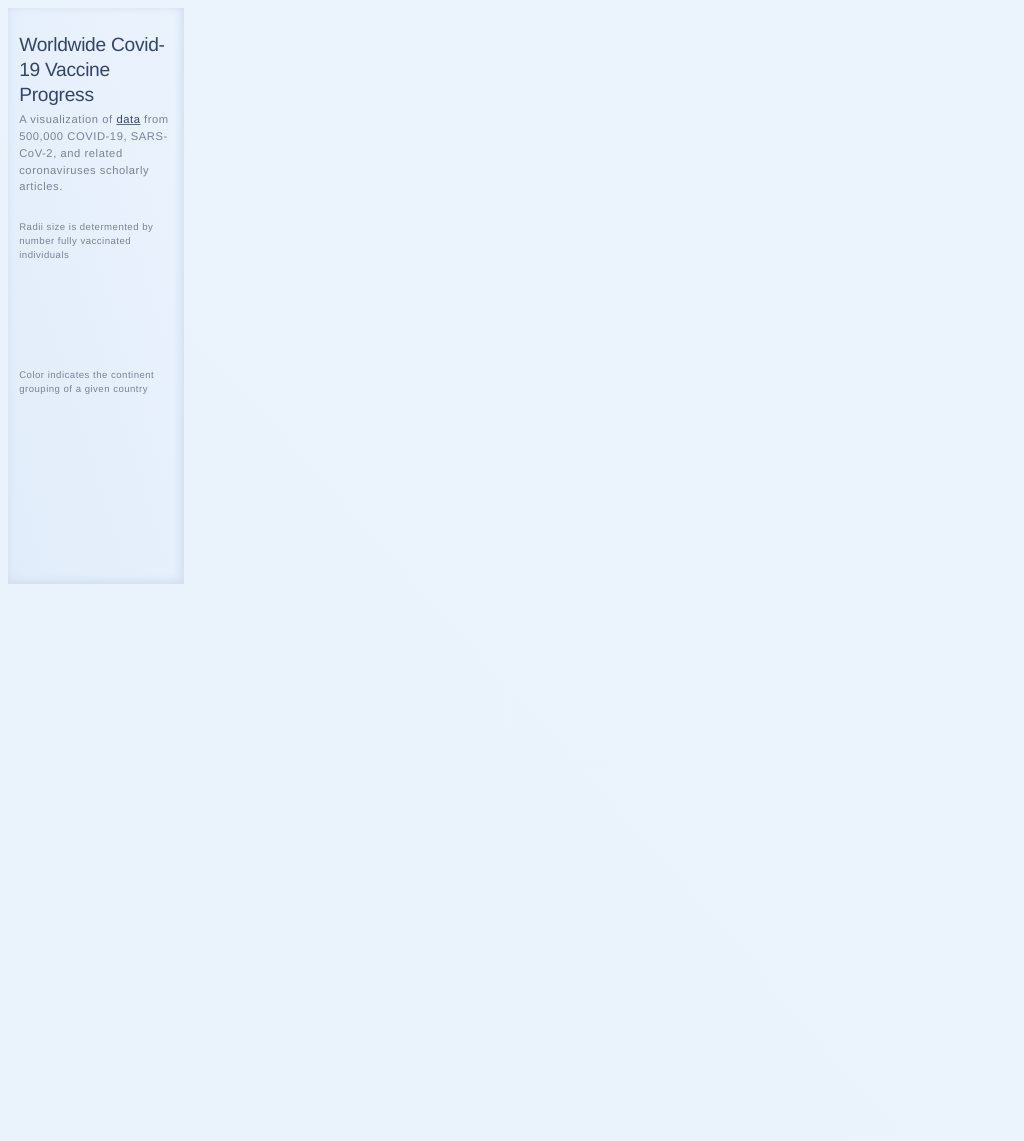
Repository: laurenharpole/May-Vaccine-Progress-Vis
Page: index.html
The author's editor kept a copy of each file at every save. The page is drawn from the files as they stood at one save, then again after the next save.
The browser window is 1280 px wide. The pictures show the whole page, at 80% of full size.
The page's requests for data from a server got no answer.

Above is the page before, as saved 2021-10-07 21:38:12.

### index.html
<!DOCTYPE html>
<html lang="en" dir="ltr">

  <head>

    <meta charset="utf-8">
    <script src="http://d3js.org/d3.v6.min.js" charset="utf-8"></script>
    <title>Project 1 Vaccine Visualization</title>
    <style>
      /* NOTE: CSS Styling Goes here */
       svg{


        margin-left: 100px;
      }

      /* body background coloration */
      body {
        background-image: linear-gradient(to left bottom, #ebf3fd, #eaf2fc);
        margin: 0;
        margin: 10px;
      }
      /* side navigation background coloration */
      .col-dash {
        background-image: linear-gradient(to left bottom, #ebf3fd, #e1ecfa);
        /* backgruond-color: #ebf3fe; */
        box-shadow: inset -2px -2px 10px 1px  #cedcee;
        flex-direction: column;
        height: 100vh;
        width: 220px;
        position: fixed;
        margin-left: 0px;
        margin-top: 0px;
        overflow: scroll;
      }
      .circle {
        filter:
        drop-shadow( 1px 1px 2px rgb(0,0,0,0.3));
        border: 31px solid transparent;
      }
      /* side dash header text */
      h1.dash-head{
        font-size: 24px;
        margin-left: 14px;
        margin-right: 8px;
        color: rgb(49,69,106,1.0);
        transform: none;
        white-space: normal;
        text-transform: none;
        text-align: left;
        white-space: normal;
        font-family: "Product Sans",Helvetica,Arial,sans-serif;
        letter-spacing: -.015em;
        line-height: 1.3;
        font-weight: 500;
        margin-top: 30px;
        margin-bottom: 20px;
      }
      /* side dash description text */
      p.dash-desc-p-head{
        font-size: 14px;
        margin-left: 14px;
        margin-right: 8px;
        font-family: "Product Sans",Helvetica,Arial,sans-serif;
        font-weight: 300;
        line-height: 1.5;
        letter-spacing: 0.05em;
        color: #778398;
        margin-top: -15px;

      }
      /* side dash description text */
      p.dash-desc-p{
        font-size: 12px;
        margin-left: 14px;
        margin-right: 8px;
        font-family: "Product Sans",Helvetica,Arial,sans-serif;
        font-weight: 300;
        line-height: 1.5;
        letter-spacing: 0.05em;
        color: #778398;
        margin-top: 30px;
      }
      /* first legend */
      #legend {
        margin-left: -82px;
        margin-top: -10px;
        margin-bottom: -20px;
      }
      /* second legend */
      #legend2 {
        margin-left: -82px;
        margin-top: -6px;
      }
      text {
        text-transform: none;
        text-align: right;
        font-family: "Product Sans",Helvetica,Arial,sans-serif;
        letter-spacing: 0.2em;
        text-transform: uppercase;
        font-size: 10px;
        font-weight: 600;
        width: 180px;
      }

      .tool-dots {
        white-space: normal;
        text-transform: none;
        text-align: left;
        white-space: normal;
        font-family: "Product Sans",Helvetica,Arial,sans-serif;
        letter-spacing: 0.2em;
        text-transform: uppercase;
        font-size: 60px;
        line-height: 1.25;
        font-weight: 600;
        background-color: #ebf3fd;
        padding-right: -5px;
        box-shadow: 5px 5px 16px rgb(0,0,0,0.13),
        -3px -3px 16px rgb(0,0,0,0.13);
        border-radius: 5px;
        padding-left:5px;
      }

      .tool-country {
        white-space: normal;
        text-transform: none;
        text-align: left;
        white-space: normal;
        font-family: "Product Sans",Helvetica,Arial,sans-serif;
        letter-spacing: 0.2em;
        text-transform: uppercase;
        font-size: 10px;
        color: #778398;
        line-height: 1;
        padding-left:27px;
        font-weight: 600;
      }

      .tool-info {
        font-size: 12px;
        margin-left: 14px;
        margin-right: 8px;
        font-family: "Product Sans",Helvetica,Arial,sans-serif;
        font-weight: 300;
        line-height: 1.5;
        letter-spacing: 0.05em;
        color: #778398;
        margin-top: 30px;
        display: block;
        background: none;
        box-shadow: inset 3px 3px 3px hsl(210, 8%, 85%),
        inset -3px -3px 3px rgb(255,255,255,0.6);
        border-radius: 5px;
        opacity: 0.9;
      }

     a.link{
      color: rgb(49,69,106,1.0);
      font-weight: 500;;
     }


    </style>
    <script src="https://d3js.org/d3.v6.min.js"></script>
  </head>

  <body>
  <div class="col-dash">

    <h1 class="dash-head"> Worldwide Covid-19 Vaccine Progress</h1>
    <!-- <h1 class="dash-desc"> Description</h1>
    <p class="dash-desc-p"> Color per continent stuff Color per continent stuff Color per continent stuff</p> -->
    <p class="dash-desc-p-head">  A visualization of <a class="link" href="https://github.com/owid">data</a> from
    500,000 COVID-19, SARS-CoV-2, and related coronaviruses scholarly articles.</p>
    <p class="dash-desc-p"> Radii size is determented by number fully vaccinated individuals</p>
    <div id="legend"></div>
    <p class="dash-desc-p"> Color indicates the continent grouping of a given country</p>
    <div id="legend2"></div>
  </div>
<div id="body">
<text id="label" ></text>
</div>
    <!-- NOTE: Setup HTML -->
    <div class="tooltip">
            <img alt="" />
            <div>
                <a></a>
                <span></span>
            </div>
        </div>
    <script>
// ################ Setup ################
//make responsive
const height = 500;
const width = 500;
d3.select("#label").raise();
canvas = d3.select("#body").append("svg").attr("id", "bubbleid").attr("viewBox", `-50 20 ${width} ${height}`).append('g').attr('transform', 'translate(' + width / 2 + ',' + height / 2 + ')');
//sizeLeg = d3.select("#sizeleg").append("svg");
//.attr("viewBox", `-30 50 ${width} ${height}`).append('g').attr('transform', 'translate(' + width / 2 + ',' + height / 2 + ')');
sizeLeg = d3.select("#legend").append("svg").attr("width", 300).attr("height", 115).attr("id", "legendid");
colLeg = d3.select("#legend2").append("svg").attr("width", 300).attr("height", 250).attr("id", "legendid");
tool = d3.select("#label").append("svg").attr("width", 300).attr("height", 220).attr("id", "legendid");
// ############ Begin Promise ############
//Start of code
//https://raw.githubusercontent.com/owid/covid-19-data/master/public/data/vaccinations/vaccinations.csv
d3.csv("https://raw.githubusercontent.com/owid/covid-19-data/master/public/data/owid-covid-data.csv").then((dataraw) => {
  var maxRadius = height*0.06;
  var padding = 1.5;
  var clusterPadding = 5;
  var today = new Date();
  var dd = String(today.getDate()).padStart(2, '0')-1;
  var mm = String(today.getMonth() + 1).padStart(2, '0'); //January is 0!
  var yyyy = today.getFullYear();
  console.log(mm);
  today = String(yyyy + "-" + mm +  "-" + dd);



  var data = dataraw.filter(function(d)
  {
    //
    //2021-10
    // if(String(d["date"]) == today){

    //   console.log("yes")
   // console.log(String(d["date"]).includes(mm));
    // }
     if(String(d["date"]).includes(mm) && String(d["date"]).includes(dd)){
     // console.log(d["date"])
  //  console.log(today);
    //   console.log(d["date"]);
    // }
    if(d["location"] != ""|| d["location"] != d["continent"]){
    //d["location"] != "European Union"  || d["location"] != "Europe" || d["location"] != "North America" || d["location"] != "South America" || d["location"] != "Oceania" || d["location"] != "World"){

        return d;
      }
      if(d["continent"] != "" || d["continent"] != NULL){

        return d;
      }
      if(d["people_fully_vaccinated"] == ""){
      //  d["people_fully_vaccinated"] = "45";
        return d;
      }
      if(d["total_cases"] == ""){

        return d["total_cases"] += "N/A";
      }

    console.log(d["total_cases"]);
     }
  });
  //console.log(data);
  clusters = new Array(6);
  //a radius scale to balence the sizes of the bubbles
  let radScale = d3.scaleLinear().domain(d3.extent(data, function(d) { return +d.people_fully_vaccinated;} )).range([4, maxRadius]);
  let gradientScale = d3.scaleOrdinal().range([ "#ffcb8e","#ff87a6", "#00b31b", "#cf0270", "#ff884a", "#67a2fa"])
  //make all the nodes for this bubble chart
  let nodes = [...new Set(data.map((d) => {
    // scale radius to fit on the screen
  let scaledRadius  = radScale(+d.people_vaccinated),
        forcedCluster = d.continent;
    // add cluster id and radius to array
    d = {
      cluster     : forcedCluster, //group by continent
      r           : scaledRadius, //radius is made via scaledRadius
      name       : d.location,
      continent   : d.continent,
      vacc   : d.people_vaccinated,
      full_vacc   : d.people_fully_vaccinated,
      cases   : d.total_cases,
      color   : gradientScale
    };
    // add to clusters array if it doesn't exist or the radius is larger than another radius in the cluster
    if (!clusters[forcedCluster] || (scaledRadius > clusters[forcedCluster].r) ) clusters[forcedCluster] = d;
    console.log(d);
    return d;
  }))];
//console.log(nodes);
  let rad = {};
  rad[0] = d3.mean(nodes, function(d) { return (+d.r)} );
  rad[1] = d3.max(nodes, function(d) { return (+d.r)} )/2;
  rad[2] = d3.max(nodes, function(d) { return (+d.r)} );
  let vacc = {};
  vacc[0] = d3.min(nodes, function(d) { return (Number(+d.vacc))} );
  vacc[1] = d3.max(nodes, function(d) { return Number(+d.vacc)/2} );
  vacc[2] = d3.max(nodes, function(d) { return (Number(+d.vacc))} );
 let radScal = d3.scaleLinear().domain(rad).range([0, 10]);
  for(var i = 2; i >= 0; i--){
    sizeLeg.append('circle')
    .attr('cx', 55)
    .attr('cy', 113- 1*rad[i])
    .attr('r', Number(rad[i])*1)
    .attr('stroke', '#828fa6')
    .style("class", "circles")
    .attr("stroke-dasharray",'1.28px')
    .attr('fill', 'none');
    sizeLeg.append('text')
    .attr('x', 100)
    .attr('y', 118- 2.1*rad[i])
    .attr("fill", "rgb(66,92,140,1.0)")
    .text(d3.format(',')(Number(vacc[i])));
    sizeLeg.append('line')
    .attr('x1', 53)
    .attr('x2', 98)
    .attr('y1', 115- 2.05*rad[i])
    .attr('y2', 115- 2.05*rad[i])
    .attr('stroke', "#8997b0")
    .attr("stroke-width", "0.5px");
  }
  // console.log(rad);
        // Define the gradient
        var gradientb = canvas.append("svg:defs")
            .append("canvas:linearGradient")
            .attr("id", "gradientb")
            .attr("x1", "0%")
            .attr("y1", "0%")
            .attr("x2", "100%")
            .attr("y2", "100%")
            .attr("spreadMethod", "pad");
        // Define the gradient colors
        gradientb.append("canvas:stop")
            .attr("offset", "0%")
            .attr("stop-color", "#67a2fa")
            .attr("stop-opacity", 1);
        gradientb.append("canvas:stop")
            .attr("offset", "100%")
            .attr("stop-color", "#69c9fb")
            .attr("stop-opacity", 1);
        // Define the gradient
        var gradiento = canvas.append("canvas:defs")
            .append("canvas:linearGradient")
            .attr("id", "gradiento")
            .attr("x1", "0%")
            .attr("y1", "0%")
            .attr("x2", "100%")
            .attr("y2", "100%")
            .attr("spreadMethod", "pad");
        // Define the gradient colors
        gradiento.append("canvas:stop")
            .attr("offset", "0%")
            .attr("stop-color", "#ff884a")
            .attr("stop-opacity", 1);
        gradiento.append("canvas:stop")
            .attr("offset", "100%")
            .attr("stop-color", "#ffac56")
            .attr("stop-opacity", 1);
        // Define the gradient
        var gradientp = canvas.append("canvas:defs")
            .append("canvas:linearGradient")
            .attr("id", "gradientp")
            .attr("x1", "0%")
            .attr("y1", "0%")
            .attr("x2", "100%")
            .attr("y2", "100%")
            .attr("spreadMethod", "pad");
        // Define the gradient colors
        gradientp.append("canvas:stop")
            .attr("offset", "10%")
            .attr("stop-color", "#ff87a6")
            .attr("stop-opacity", 1);
        gradientp.append("canvas:stop")
            .attr("offset", "100%")
            .attr("stop-color", "#f284cb")
            .attr("stop-opacity", 1);
        // Define the gradient
        var gradientm = canvas.append("canvas:defs")
            .append("canvas:linearGradient")
            .attr("id", "gradientm")
            .attr("x1", "0%")
            .attr("y1", "0%")
            .attr("x2", "100%")
            .attr("y2", "100%")
            .attr("spreadMethod", "pad");
        // Define the gradient colors
        gradientm.append("canvas:stop")
            .attr("offset", "10%")
            .attr("stop-color", "#cf0270")
            .attr("stop-opacity", 1);
        gradientm.append("canvas:stop")
            .attr("offset", "100%")
            .attr("stop-color", "#ff4f99")
            .attr("stop-opacity", 1);
        var gradientc = canvas.append("canvas:defs")
            .append("canvas:linearGradient")
            .attr("id", "gradientc")
            .attr("x1", "0%")
            .attr("y1", "0%")
            .attr("x2", "100%")
            .attr("y2", "100%")
            .attr("spreadMethod", "pad");
        // Define the gradient colors
        gradientc.append("canvas:stop")
            .attr("offset", "10%")
            .attr("stop-color", "#ffcb8e")
            .attr("stop-opacity", 1);
        gradientc.append("canvas:stop")
            .attr("offset", "100%")
            .attr("stop-color", "#ffe79e")
            .attr("stop-opacity", 1);
        var gradientg = canvas.append("canvas:defs")
            .append("canvas:linearGradient")
            .attr("id", "gradientg")
            .attr("x1", "0%")
            .attr("y1", "0%")
            .attr("x2", "100%")
            .attr("y2", "100%")
            .attr("spreadMethod", "pad");
        // Define the gradient colors
        gradientg.append("canvas:stop")
            .attr("offset", "10%")
            .attr("stop-color", "#00b31b")
            .attr("stop-opacity", 1);
        gradientg.append("canvas:stop")
            .attr("offset", "100%")
            .attr("stop-color", "#27d539")
            .attr("stop-opacity", 1);
        var tool = d3.select("body")
            .append("div")
            .data(nodes)
            .style("position", "absolute")
            .attr('class', "tool")
            .style("z-index", "10")
            .style("visibility", "hidden")
  //color discerning
  var gradients =[ "#gradientm","#gradientb", "#gradiento", "#gradientg", "#gradientp", "#gradientc"];
  var continents = ["Asia", "Europe", "Africa", "North America", "South America", "Oceania"];
  var z = d3.scaleOrdinal().domain(continents).range(gradients);
        var tooltip = d3.select("body")
            .append("div")
            .data(nodes)
            .style("position", "absolute")
            .attr('class', "tool-dots")
            .style("z-index", "10")
            .style("visibility", "hidden");
        var tooltip1 = d3.select("body")
            .append("div")
            .data(nodes)
            .style("position", "absolute")
            .attr('class', "tool-country")
            .style("z-index", "10")
            .style("visibility", "hidden");
        var tooltip2 = d3.select("body")
            .append("div")
            .data(nodes)
            .style("position", "absolute")
            .attr('class', "tool-info")
            .style("z-index", "10")
            .style("visibility", "hidden");
        var tooltip3 = d3.select("body")
            .append("div")
            .data(nodes)
            .style("position", "absolute")
            .attr('class', "tool-info")
            .style("z-index", "10")
            .style("visibility", "hidden");
        var tooltip4 = d3.select("body")
            .append("div")
            .data(nodes)
            .style("position", "absolute")
            .attr('class', "tool-info")
            .style("z-index", "10")
            .style("visibility", "hidden");
  //make the bubbles
  for(var i = 5; i >= 0; i--){

    colLeg.append('circle')
    .attr('cx', 10)
    .datum(nodes)
    .attr('cy', 20*i+11)
    .attr('r', 5.5)
    .attr('fill', d => 'url(' +gradients[i]+')');
    colLeg.append('text')
    .attr('x', 30)
    .attr('y', 20*i+15)
    .attr("fill", "rgb(66,92,140,1.0)")
    .text(continents[i]);
  }
  popExtent = new Set (data.map(d => d.continent));
  labelExtent = d3.extent(nodes, d => d.cluster);
  var colors = [ "#cf0270","#67a2fa", "#ff884a", "#00b31b", "#ff87a6", "#ffcb8e"];
  //for coloring the bubbles

  let bubbles = canvas.append("g")
    .datum(nodes)
    .selectAll('.circle')
      //add styling, placement and force attributes
      .data(d => d)
      .enter().append('circle')
      .attr("class", "circle")
      .attr("r", d => d.r)
      .attr("label", d => d.cluster)
      .attr("name", d => d.name)
      .attr("vacc", d => d.vacc)
      .attr("cases", d => d.cases)
      .attr('fill', d => 'url(' + z(d.cluster)+')')
      .call(d3.drag()
            .on("start", dragstarted)
            .on("drag", dragged)
            .on("end", dragended))
      bubbles.on("mouseover", function () {
        var tools = d3.select(this).attr("label") + "\n" + "Name: " + d3.select(this).attr("name") + "\n" + "Fully Vacc: " + d3.select(this).attr("vacc")+ "Total Cases: " + d3.select(this).attr("cases");
        var tips = tools.split("\n");
        d3.select(this)
        .transition().duration(100)
        .attr("r", d => d.r+13)
        //get the color for the labelings
        var currColorIdx = continents.indexOf(d3.select(this).attr("label"));
        var currColor = colors[currColorIdx];
        tooltip.text('•').style("color", currColor)
        tooltip1.text(d3.select(this).attr("label"))
        tooltip2.text("Country: "+d3.select(this).attr("name"))
        tooltip3.text("Fully Vaccinated: "+d3.format(",.0f")(d3.select(this).attr("vacc")))
        tooltip4.text("Total Cases: "+(d3.select(this).attr("cases")))
        var mouseX = event.pageX;
        //name and container
        var width = 235;
        var height = 150;
        var rowheight = 20;
        //metrics
        tooltip.style("visibility", "visible");
        tooltip.style("top", (event.pageY-25)+"px").style("left",(mouseX+19)+"px").style("width", " "+width+ ""+ "px").style("height", ""+height+ ""+ "px").style("padding-top", "-4px");
        //metrics
        tooltip1.style("visibility", "visible");
        tooltip1.style("top", (event.pageY)+"px").style("left",(mouseX+19)+"px").style("width", " "+width+ ""+ "px").style("height", ""+height+ ""+ "px").style("padding-top", "4px");
        //metrics
        tooltip2.style("visibility", "visible");
        tooltip2.style("top", (event.pageY+20)+"px").style("left",(mouseX+20)+"px").style("width", " "+width-20+ "" + "px").style("height", ""+rowheight+ ""+ "px").style("margin", "7px").style("padding-left", "7px").style("padding-top", "4px").style("margin-bottom", "7px");
        //metrics
        tooltip3.style("visibility", "visible");
        tooltip3.style("top", (event.pageY+50)+"px").style("left",(mouseX+19)+"px").style("width", " "+width-20+ "" + "px").style("height", ""+rowheight+ ""+ "px").style("margin", "9px").style("padding-left", "7px").style("padding-top", "4px");
        //metrics
        tooltip4.style("visibility", "visible");
        tooltip4.style("top", (event.pageY+83)+"px").style("left",(mouseX+19)+"px").style("width", " "+width-20+ "" + "px").style("height", ""+rowheight+ ""+ "px").style("margin", "9px").style("padding-left", "7px").style("padding-top", "4px");
      })
      bubbles.on("mouseout", function() {
                //hide it now
                tooltip.style("visibility", "hidden");
                tooltip1.style("visibility", "hidden");
                tooltip2.style("visibility", "hidden");
                tooltip3.style("visibility", "hidden");
                tooltip4.style("visibility", "hidden");
                 d3.select(this)
                  .transition().duration(100)
                  .attr("r", d => d.r)
       });
  // create the clustering/collision force simulation
  let simulation = d3.forceSimulation(nodes)
      .velocityDecay(0.1)
      .force("x", d3.forceX().strength(.008))
      .force("center", d3.forceCenter().x(0).y(0)) // Attraction to the center of the svg area
      .force("collide", d3.forceCollide().strength(.1).radius(function(d){ return d.r + 2.65; }).iterations(1))
      .force("y", d3.forceY().strength(.004))
      .force("cluster", clustering)
      .on("tick", ticked);
  function ticked() {
      bubbles
          .attr('cx', (d) => d.x)
          .attr('cy', (d) => d.y);
  }
  function Open(){
    sizeLeg.style("visibility", "hidden");
    colLeg.style("visibility", "hidden");
    var tooltip1 = d3.select("body")
            .append("div")
            .data(nodes)
            .style("position", "absolute")
            .attr('class', "tool-country")
            .style("z-index", "10")
            .style("visibility", "hidden");
    //tooltip2.style("visibility", "hidden");
    //tooltip3.style("visibility", "hidden");
    //tooltip4.style("visibility", "hidden");
  }
  // Drag functions used for interactivity
  function dragstarted(d) {
    if (!d3.event.active) simulation.alphaTarget(0.3).restart();
    d.fx = d.x;
    d.fy = d.y;
  }
  function dragged(d) {
    d.fx = d3.event.x;
    d.fy = d3.event.y;
  }
  function dragended(d) {
    if (!d3.event.active) simulation.alphaTarget(0);
    d.fx = null;
    d.fy = null;
  }
  // These are implementations of the custom forces.
  function clustering(alpha) {
        nodes.forEach(function(d) {
          var cluster = clusters[d.cluster];
          if (cluster === d) return;
          var x = d.x - cluster.x,
              y = d.y - cluster.y,
              l = Math.sqrt(x * x + y * y),
              r = d.r + cluster.r;
          if (l !== r) {
            l = (l - r) / l * alpha;
            d.x -= x *= l;
            d.y -= y *= l;
            cluster.x += x;
            cluster.y += y;
          }
        });
    }
// Resolves collisions between d and all other circles.
function collide(alpha) {
  var quadtree = d3.geom.quadtree(nodes);
  return function(d) {
    var r = d.radius + maxRadius + Math.max(padding, clusterPadding),
        nx1 = d.x - r,
        nx2 = d.x + r,
        ny1 = d.y - r,
        ny2 = d.y + r;
    quadtree.visit(function(quad, x1, y1, x2, y2) {
      if (quad.point && (quad.point !== d)) {
        var x = d.x - quad.point.x,
            y = d.y - quad.point.y,
            l = Math.sqrt(x * x + y * y),
            r = d.radius + quad.point.radius + (d.cluster === quad.point.cluster ? padding : clusterPadding);
        if (l < r) {
          l = (l - r) / l * alpha;
          d.x -= x *= l;
          d.y -= y *= l;
          quad.point.x += x;
          quad.point.y += y;
        }
      }
      return x1 > nx2 || x2 < nx1 || y1 > ny2 || y2 < ny1;
    });
  };
}
});

// These are implementations of the custom forces.
 //d3.request("https://covid.ourworldindata.org/data/owid-covid-data.csv")
 //  .mimeType("text/csv")
 //  .get(callback);
  // .response(function(xhr) { return console.log(d3.csvParse(xhr.responseText, row)); })
 </script>
  </body>
</html>

After the next save:
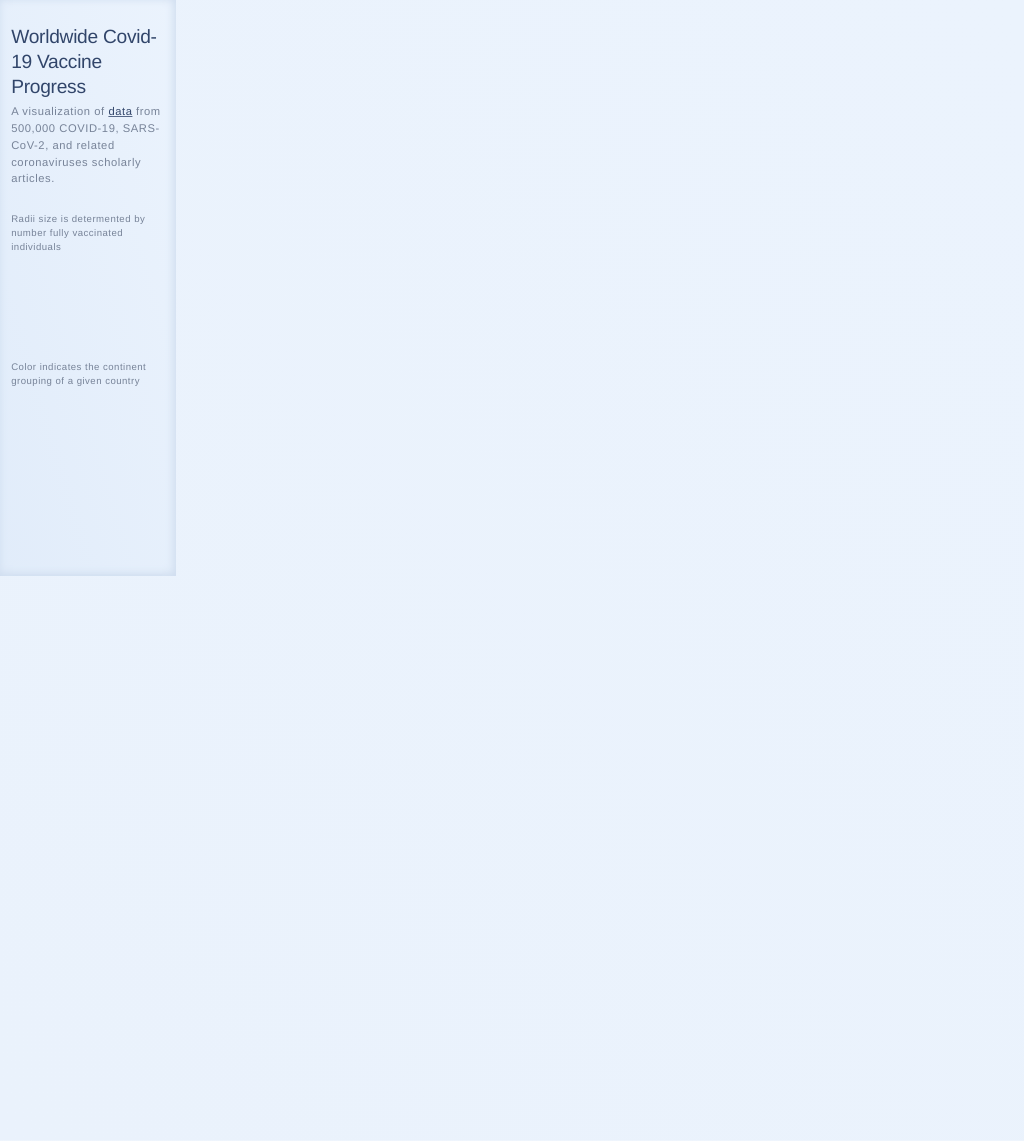
Saved 21 s later.
--- a/index.html
+++ b/index.html
@@ -18,7 +18,6 @@
       body {
         background-image: linear-gradient(to left bottom, #ebf3fd, #eaf2fc);
         margin: 0;
-        margin: 10px;
       }
       /* side navigation background coloration */
       .col-dash {
